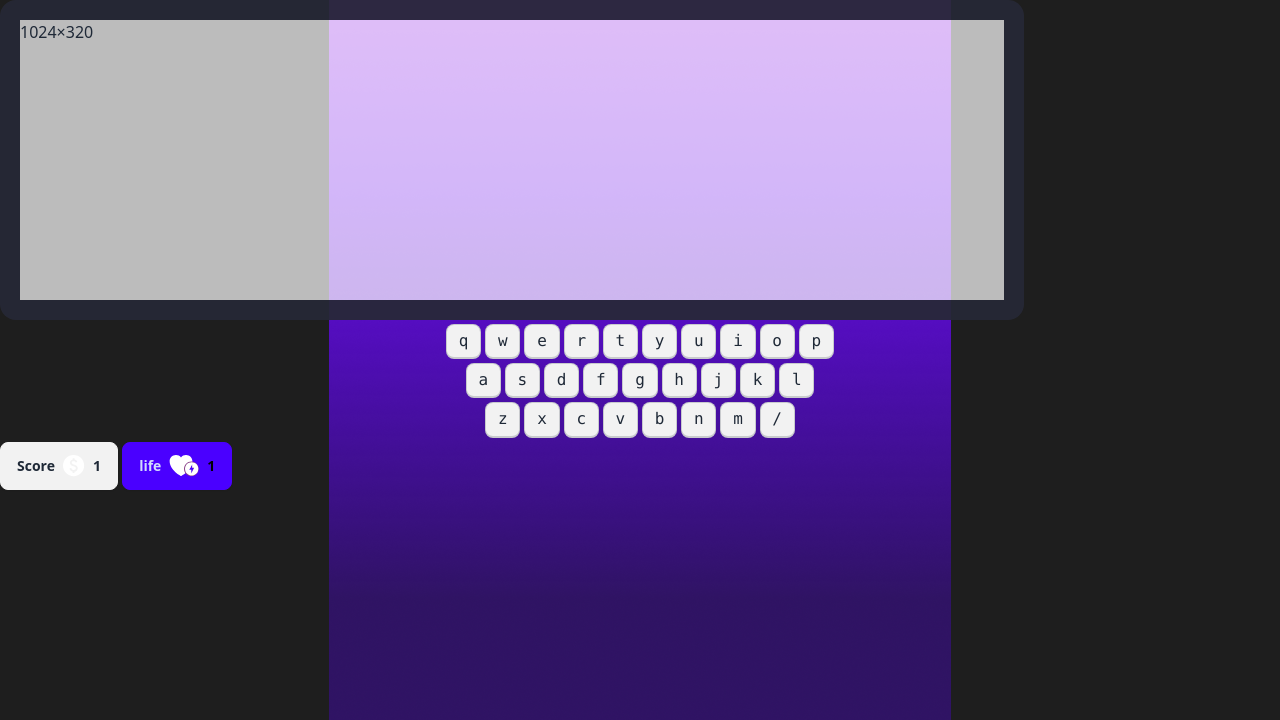
Repository: RudrasahaDibos/Alphabet-clash-
Page: index.html
The author's editor kept a copy of each file at every save. The page is drawn from the files as they stood at one save, then again after the next save.
The browser window is 1280 px wide. The pictures show the whole page.
Some web fonts or font styles are not loaded; a fallback is used. Some web libraries are served in a nearby version.

Above is the page before, as saved 2024-11-04 12:21:17.

After the next save:
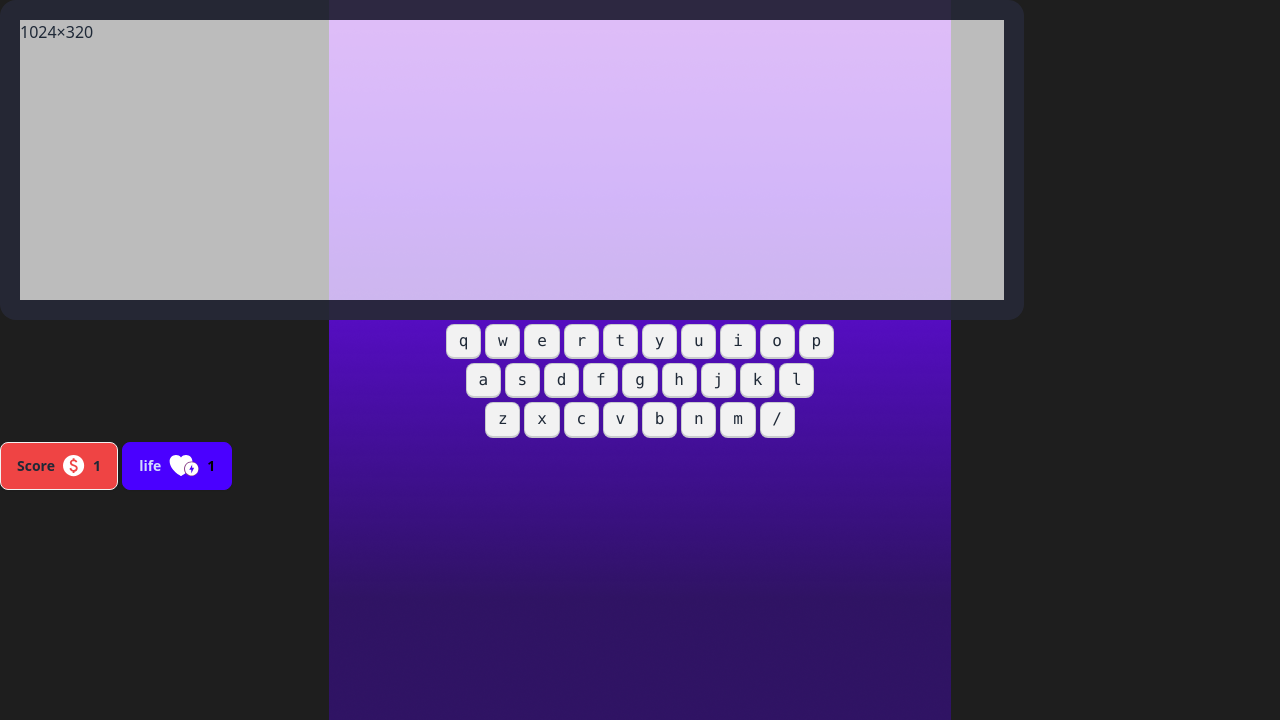
Saved 10 s later.
--- a/index.html
+++ b/index.html
@@ -77,7 +77,7 @@
 
                       <!-- life and scrore button here -->
                                <div>
-                                <button class="btn bg">
+                                <button class="btn bg-red-500">
                                     Score
                                       <img src="images/love.svg" alt="">
                                       <span>1</span>
